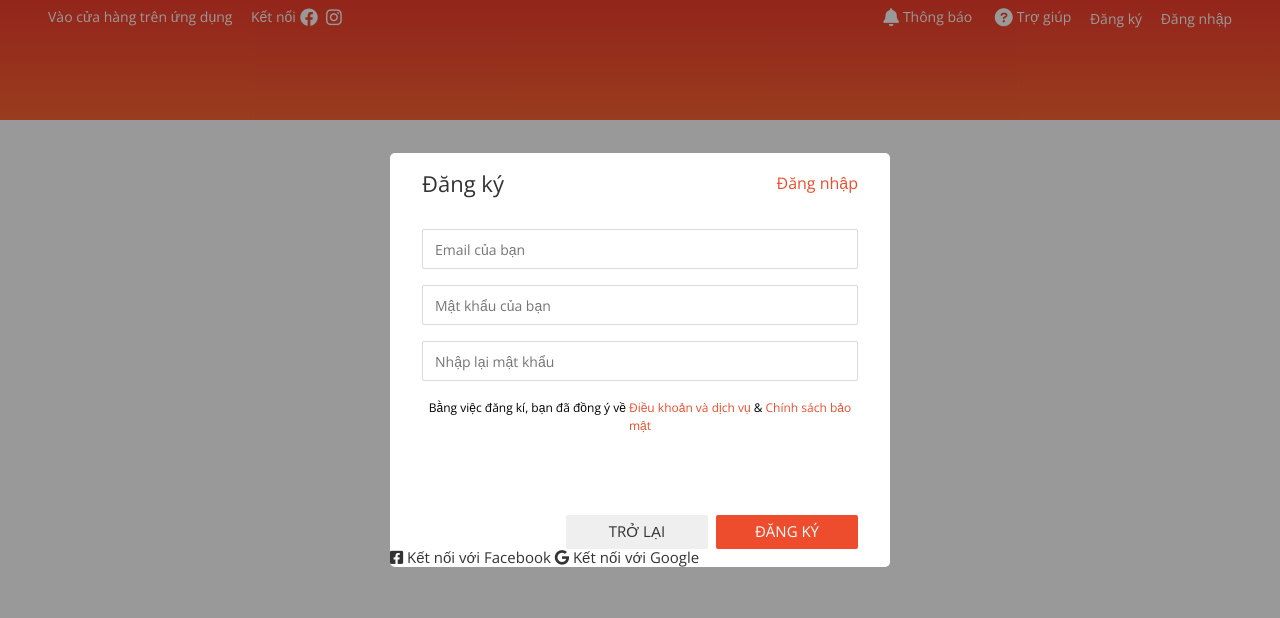
Repository: trongtamdev/Clone-Shopee-Page
Page: index.html
An editor plug-in stored every save of this project. The page is shown before and after the next save, followed by the edit.
The browser window is 1280 px wide. The pictures show the whole page.

Above is the page before, as saved 2022-07-08 21:56:47.

After the next save:
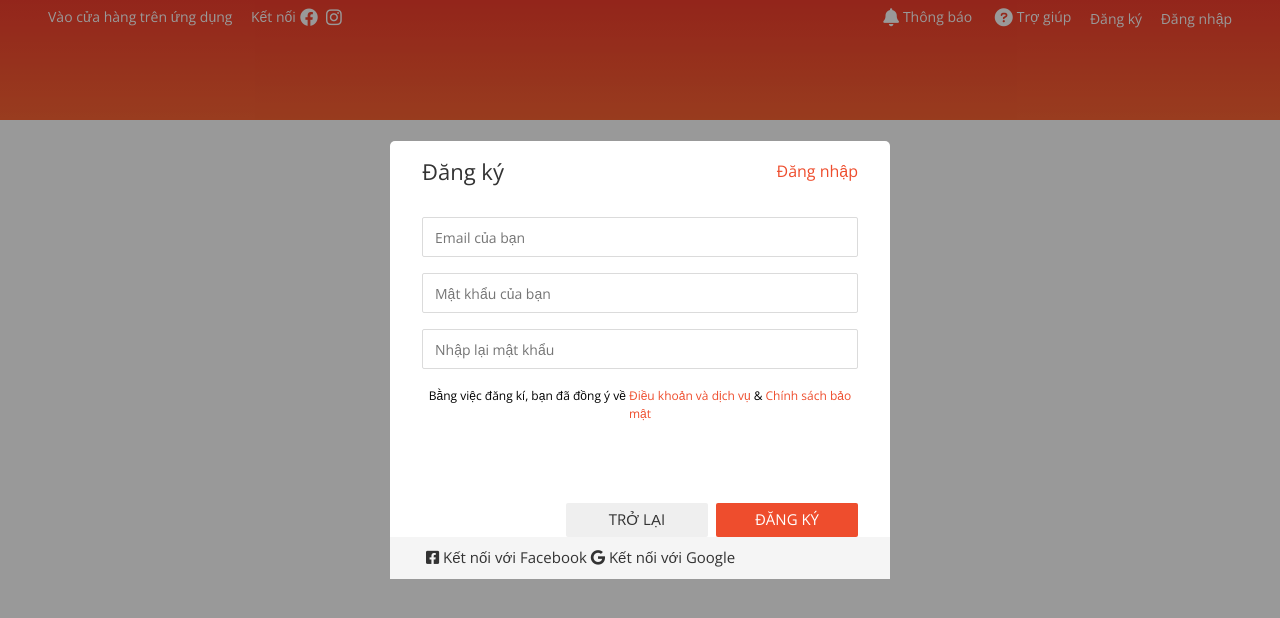
Saved 3 min 46 s later.
--- a/assets/css/main.css
+++ b/assets/css/main.css
@@ -187,3 +187,8 @@
 .auth-form__controls-back {
     margin-right: 8px;
 }
+
+.auth-form__socials {
+    background-color: #f5f5f5;
+    padding: 12px 36px;
+}
